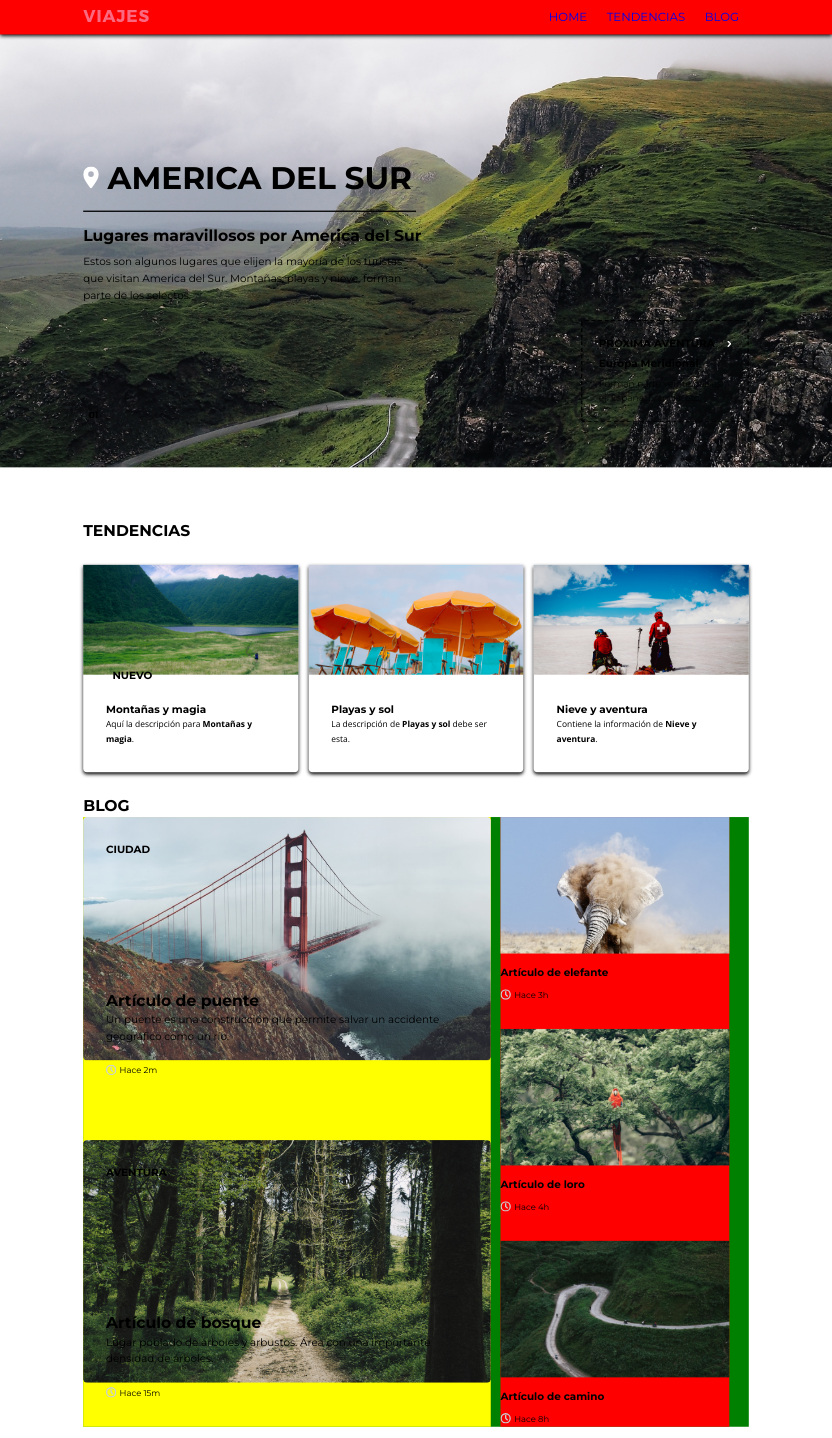
Repository: agustin-mesa/viajes
Page: /
The author's editor kept a copy of each file at every save. The page is drawn from the files as they stood at one save, then again after the next save.
The browser window is 1280 px wide. The pictures show the whole page, at 65% of full size.
The project was rebuilt for these pictures with package versions that can differ from the ones it lists, and the page was loaded fresh each time. Also part of the build but not shown: src/components/styles/colors.module.scss.

Above is the page before, as saved 2021-11-12 13:10:23.

### public/index.html
<!DOCTYPE html>
<html lang="es">
  <head>
    <meta name="author" content="Mauro Agustín Mesa" />
    <meta charset="utf-8" />
    <meta name="viewport" content="width=device-width, initial-scale=1" />
    <meta name="theme-color" content="#000000" />
    <meta
      name="description"
      content="Web site created using create-react-app"
    />
    <title>React App</title>
  </head>
  <body>
    <noscript>You need to enable JavaScript to run this app.</noscript>
    <div id="root"></div>
  </body>
</html>

### src/index.js
import React from "react";
import ReactDOM from "react-dom";
import App from "./App";
import "./index.css";

const Index = () => {
  return <App />;
};

ReactDOM.render(<Index />, document.getElementById("root"));

### src/App.js
import React from "react";
import Header from "./components/Header";
import Home from "./pages/Home";
import Tendencias from "./pages/Tendencias";
import Blog from "./pages/Blog";

const App = () => {
  return (
    <>
      <Header />
      <Home />
      <Tendencias />
      <Blog />
    </>
  );
};

export default App;

### src/index.css
@import url("https://fonts.googleapis.com/css2?family=Montserrat:wght@100;200;300;400;500;600;700&display=swap");
@import url("https://fonts.googleapis.com/css2?family=Montserrat:wght@100;200;300;400;500;600;700&family=Open+Sans:wght@400;500;600;700&display=swap");

* {
  margin: 0;
  padding: 0;
  list-style: none;
  text-decoration: none;
  border: none;
  outline: none;
  scroll-behavior: smooth;
}

body {
  margin: 0;
  -webkit-font-smoothing: antialiased;
  -moz-osx-font-smoothing: grayscale;
  font-family: "Montserrat", "Open Sans", sans-serif;
}

code {
  font-family: source-code-pro, Menlo, Monaco, Consolas, "Courier New",
    monospace;
}

### src/components/Header.js
import React from "react";
import styled from "styled-components";

// Colors
import * as colors from "./styles/colors.module.scss";

// LOGO
import logo from "../Assets/logo/logo_01.svg";

const Header = () => {
  return (
    <ContainerHeader>
      <nav>
        <div className="header__logo">
          <a href="#home">
            <img src={logo} alt="Viajes" />
          </a>
        </div>
        <ul>
          <li>
            <a href="#home">HOME</a>
          </li>
          <li>
            <a href="#tendencias">TENDENCIAS</a>
          </li>
          <li>
            <a href="#blog">BLOG</a>
          </li>
        </ul>
      </nav>
    </ContainerHeader>
  );
};

const ContainerHeader = styled.header`
  position: fixed;
  top: 0;
  left: 0;
  right: 0;
  z-index: 999;
  background: red;
  background: ${colors.white};
  box-shadow: 0px 3px 6px ${colors.blackOpac};
  nav {
    display: flex;
    flex-direction: row;
    justify-content: space-between;
    align-items: center;
    padding: 15px 10%;
    ul {
      display: flex;
      flex-direction: row;
      justify-content: flex-end;
      align-items: center;
      width: 100%;
      li a {
        padding: 15px 15px;
        font: normal normal normal 18px/13px Montserrat;
        color: ${colors.blueRelax};
        transition: all 0.2s ease;
      }
      li a:hover {
        color: ${colors.darkblue};
      }
    }
  }
`;

export default Header;

### src/pages/Home.js
import React from "react";
import styled from "styled-components";

import * as colors from "../components/styles/colors.module.scss";

// IMG
import viajesHero from "../Assets/img/Viajes_Hero.jpg";
import icPin from "../Assets/iconos/ic_pin.svg";
import icArrow from "../Assets/iconos/arrow.svg";

// Importo etiquetas default con estilos propios
import { Parrafo, Span, H3, H5 } from "../components/styles/stylesDefault";

const Home = () => {
  return (
    <ContainerHome id="home">
      <HeroWrapper>
        <div className="hero__title">
          <h1>
            <img src={icPin} alt="Pin" /> AMERICA DEL SUR
          </h1>
          <hr />
          <H3 color="white">Lugares maravillosos por America del Sur</H3>
          <Parrafo>
            Estos son algunos lugares que elijen la mayoría de los turistas que
            visitan America del Sur. Montañas, playas y nieve, forman parte de
            los selectos.
          </Parrafo>
        </div>
        <div className="hero__info">
          <H5>
            PRÓXIMA AVENTURA <img src={icArrow} alt="Arrow" />
          </H5>
          <Span color="white">Europa Meridional</Span>
          <p>
            Forman parte veinte países. <br />
            ej. España, Francia, etc.
          </p>
        </div>
      </HeroWrapper>
      <div className="slider">
        <span>01</span>
      </div>
    </ContainerHome>
  );
};

const ContainerHome = styled.div`
  width: 100%;
  height: 100vh;
  background-image: url(${viajesHero});
  background-size: cover;
  background-position: center;

  .slider {
    position: absolute;
    width: 13%;
    bottom: 60px;
    display: flex;
    align-items: center;
    justify-content: flex-end;
    z-index: 1;
    span {
      display: flex;
      align-items: center;
      justify-content: center;
      width: 45px;
      height: 45px;
      background: ${colors.white};
      border-radius: 50px;
      font: normal normal bold 14px/22px Montserrat;
    }
    span::after {
      content: "";
      position: absolute;
      width: 70px;
      height: 70px;
      background: ${colors.whiteOpac};
      border-radius: 50px;
      z-index: -2;
    }
    span::before {
      content: "";
      position: absolute;
      left: 0;
      width: 100%;
      height: 5px;
      background: ${colors.pink};
      z-index: -1;
    }
  }
`;

const HeroWrapper = styled.div`
  position: absolute;
  top: 0;
  bottom: 0;
  left: 10%;
  right: 10%;
  display: flex;
  align-items: center;
  .hero__title {
    display: flex;
    align-items: flex-start;
    justify-content: center;
    flex-direction: column;
    color: ${colors.white};

    h1 {
      font: normal normal bold 48px/42px Montserrat;
    }
    hr {
      width: 50%;
      border-bottom: 2px solid ${colors.white};
      margin: 30px 0 20px;
    }
  }

  .hero__info {
    position: absolute;
    right: 0;
    bottom: 70px;
    background: ${colors.darkblueOpac} 0% 0% no-repeat padding-box;
    border: 2px dashed ${colors.whiteOpac};
    border-radius: 6px;
    padding: 25px;

    p {
      font: normal normal 300 14px/22px Montserrat;
      color: ${colors.white};
      margin: 10px 0 0;
    }
  }
`;

export default Home;

### src/pages/Tendencias.js
import React from "react";
import styled from "styled-components";

// Colors
import * as colors from "../components/styles/colors.module.scss";

// IMG
import card01 from "../Assets/img/card_01.png";
import card02 from "../Assets/img/card_02.png";
import card03 from "../Assets/img/card_03.png";

// Importo etiquetas default con estilos propios
import { H3 } from "../components/styles/stylesDefault";

// Components
import TendenciaItem from "../components/TendenciaItem";

const Tendencias = () => {
  // Simulo una base de datos para luego imprimir cada CARD.
  // Aunque también se podría hacer manualmente usando el componente
  // TendenciaItem y usar sus props, pero la manera más eficiente es el de
  // simular una base de datos; tranquilamente se muestra cada CARD con tan solo
  // agregar un objeto más dentro del array.
  const tendencias = [
    {
      src: card01,
      isNew: true,
      titulo: "Montañas y magia",
      descripcion: (
        <>
          Aquí la descripción para <b>Montañas y magia</b>.
        </>
      ),
    },
    {
      src: card02,
      isNew: false,
      titulo: "Playas y sol",
      descripcion: (
        <>
          La descripción de <b>Playas y sol</b> debe ser esta.
        </>
      ),
    },
    {
      src: card03,
      isNew: false,
      titulo: "Nieve y aventura",
      descripcion: (
        <>
          Contiene la información de <b>Nieve y aventura</b>.
        </>
      ),
    },
  ];

  return (
    <ContainerTendencias id="tendencias">
      <div className="tendencias">
        <div className="tendencias__header">
          <H3 color="darkblue">TENDENCIAS</H3>
        </div>
        <div className="tendencias__body">
          {tendencias.map((tendencia, i) => {
            return (
              <TendenciaItem
                src={tendencia.src}
                nuevo={tendencia.isNew}
                titulo={tendencia.titulo}
                descripcion={tendencia.descripcion}
                key={i}
              />
            );
          })}
        </div>
      </div>
    </ContainerTendencias>
  );
};

const ContainerTendencias = styled.section`
  height: 90vh;
  padding: 80px 10% 0;
  background: ${colors.grey};

  .tendencias__body {
    display: flex;
    align-items: center;
    margin: 35px 0 0;

    div:last-child {
      margin: 0;
    }
  }
  .tendencias__header {
    width: 100%;
  }
`;

export default Tendencias;

### src/pages/Blog.js
import React from "react";
import styled from "styled-components";

// Colors
import * as colors from "../components/styles/colors.module.scss";

// IMG
import artBig01 from "../Assets/img/articulo_big_01.png";
import artBig02 from "../Assets/img/articulo_big_02.png";
import artSmall01 from "../Assets/img/articulo_small_01.png";
import artSmall02 from "../Assets/img/articulo_small_02.png";
import artSmall03 from "../Assets/img/articulo_small_03.png";

// Importo etiquetas default con estilos propios
import { H3 } from "../components/styles/stylesDefault";

// Components
import BigNewItem from "../components/BigNewItem";
import SmallNewItem from "../components/SmallNewItem";

const Blog = () => {
  const articulosBig = [
    {
      src: artBig01,
      tipo: "CIUDAD",
      titulo: "Artículo de puente",
      descripcion:
        "Un puente es una construcción que permite salvar un accidente geográfico como un río.",
      time: "2m",
    },
    {
      src: artBig02,
      tipo: "AVENTURA",
      titulo: "Artículo de bosque",
      descripcion:
        "Lugar poblado de árboles y arbustos. Área con una importante densidad de árboles.",
      time: "15m",
    },
  ];

  const articulosSmall = [
    {
      src: artSmall01,
      titulo: "Artículo de elefante",
      time: "3h",
    },
    {
      src: artSmall02,
      titulo: "Artículo de loro",
      time: "4h",
    },
    {
      src: artSmall03,
      titulo: "Artículo de camino",
      time: "8h",
    },
  ];

  return (
    <ContainerBlog>
      <div className="blog" id="blog">
        <div className="blog__header">
          <H3 color="darkblue">BLOG</H3>
        </div>
        <div className="blog__body">
          <article className="blog__article">
            {articulosBig.map((articulo, i) => {
              return (
                <BigNewItem
                  src={articulo.src}
                  tipo={articulo.tipo}
                  titulo={articulo.titulo}
                  descripcion={articulo.descripcion}
                  time={articulo.time}
                  key={i}
                />
              );
            })}
          </article>
          <aside className="blog__aside">
            {articulosSmall.map((articulo, i) => {
              return (
                <SmallNewItem
                  src={articulo.src}
                  titulo={articulo.titulo}
                  time={articulo.time}
                  key={i}
                />
              );
            })}
          </aside>
        </div>
      </div>
    </ContainerBlog>
  );
};

const ContainerBlog = styled.section`
  position: relative;
  height: 95vh;
  padding: 80px 10% 0;
  background: ${colors.white};

  .blog {
    position: absolute;
    top: -300px;
    left: 10%;
    right: 10%;
    bottom: 0;
    display: flex;
    align-items: center;
    justify-content: flex-start;
    flex-direction: column;
    padding: 75px 0 50px;
  }
  .blog__body {
    display: grid;
    gap: 15px;
    width: 100%;
    background: green;

    grid-template: ".blog__article .blog__aside" auto / auto;
  }
  .blog__header {
    width: 100%;
  }
  .blog__article {
    /*
    display: flex;
    align-items: center;
    justify-content: flex-start;
    flex-direction: column;*/
    display: grid;
    gap: 15px;
    width: 100%;
    background: green;

    grid-template: "div" auto / auto;
    background: yellow;
    div:first-child {
      margin: 0 0 40px;
    }
  }
  .blog__aside {
    background: red;
    display: flex;
    align-items: center;
    justify-content: flex-start;
    flex-direction: column;
    div:last-child {
      margin: 0;
    }
  }
  /*
  @media only screen and (max-width: 1020px) {
    .blog__body {
      grid-template-areas: ".blog__article" ".blog__aside";
    }
  }*/
`;

export default Blog;

### src/components/styles/stylesDefault.js
import styled from "styled-components";

// Colors
import * as colors from "./colors.module.scss";

const Parrafo = styled.p`
  margin: 10px 0 0;
  font: normal normal normal 16px/26px Montserrat;
  width: 50%;
  color: ${colors.white};
`;

const H3 = styled.h3`
  font: normal normal bold 24px/34px Montserrat;
  color: ${(props) => {
    if (props.color === "white") return colors.white;
    if (props.color === "darkblue") return colors.darkblue;
  }};
`;

const H5 = styled.h5`
  font: normal normal bold 16px/20px Montserrat;
  color: ${colors.pink};
  margin: 0 0 10px;
  img {
    margin: 0 0 0 15px;
  }
`;

const Span = styled.span`
  font: normal normal bold 16px/20px Montserrat;
  color: ${(props) => {
    if (props.color === "white") return colors.white;
    if (props.color === "darkblue") return colors.darkblue;
  }};
`;

export { Parrafo, Span, H3, H5 };

### src/components/TendenciaItem.js
import React from "react";
import styled from "styled-components";

// Colors
import * as colors from "./styles/colors.module.scss";

import { Span } from "./styles/stylesDefault";

const TendenciaItem = ({ src, nuevo, titulo, descripcion }) => {
  return (
    <TenItem>
      <div className="tendencia-item__img">
        <img src={src} alt={titulo} />
      </div>
      <div className="tendencia-item__new">{nuevo && <span>NUEVO</span>}</div>
      <div className="tendencia-item__descrip">
        <Span color="darkblue">{titulo}</Span>
        <p>{descripcion}</p>
      </div>
    </TenItem>
  );
};

const TenItem = styled.div`
  background: ${colors.white} 0% 0% no-repeat padding-box;
  box-shadow: 0px 3px 6px ${colors.blackOpac};
  border-radius: 0 0 6px 6px;
  margin: 0 16px 0 0;
  width: 100%;

  .tendencia-item__img img {
    width: 100%;
  }
  .tendencia-item__new {
    width: 100%;
    position: relative;
    span {
      position: absolute;
      top: -20px;
      left: 35px;
      background: ${colors.pink};
      border-radius: 6px;
      padding: 10px;
      font: normal normal bold 16px/13px Montserrat;
      color: ${colors.white};
    }
  }
  .tendencia-item__descrip {
    padding: 40px 35px;
    p {
      font: normal normal normal 13px/23px Open Sans;
      color: ${colors.greyBlue};
    }
  }
`;

export default TendenciaItem;

### src/components/BigNewItem.js
import React from "react";
import styled from "styled-components";

// Importo etiquetas default con estilos propios
import { Span, H3, Parrafo } from "../components/styles/stylesDefault";
import Time from "./Time";

const BigNewItem = ({ src, tipo, titulo, descripcion, time }) => {
  return (
    <NewItemBig>
      <img className="img__bg" src={src} alt={titulo} />
      <div className="newItem__info">
        <div className="info__header">
          <Span color="white">{tipo}</Span>
        </div>
        <div className="info__body">
          <H3 color="white">{titulo}</H3>
          <Parrafo>{descripcion}</Parrafo>
          <Time time={time} />
        </div>
      </div>
    </NewItemBig>
  );
};

const NewItemBig = styled.div`
  position: relative;
  border-radius: 6px;
  width: 100%;

  .img__bg {
    width: 100%;
    min-width: 500px;
  }
  .newItem__info {
    position: absolute;
    top: 40px;
    left: 35px;
    right: 35px;
    bottom: 40px;
    display: flex;
    flex-direction: column;
    justify-content: space-between;
  }
  .info__body p {
    width: 100%;
    margin: 0 0 25px;
  }
`;

export default BigNewItem;

### src/components/SmallNewItem.js
import React from "react";
import styled from "styled-components";

// Importo etiquetas default con estilos propios
import { Span } from "../components/styles/stylesDefault";

// Components
import Time from "./Time";

const SmallNewItem = ({ src, titulo, time }) => {
  return (
    <NewItemSmall>
      <img className="img__bg" src={src} alt={titulo} />
      <Span className="titulo" color="darkblue">
        {titulo}
      </Span>
      <Time time={time} />
    </NewItemSmall>
  );
};

const NewItemSmall = styled.div`
  display: flex;
  align-items: start;
  justify-content: center;
  flex-direction: column;
  margin: 0 0 40px;
  span.titulo {
    margin: 20px 0 10px;
  }
  .img__bg {
    width: 100%;
    min-width: 300px;
  }
`;

export default SmallNewItem;

### src/components/Time.js
import React from "react";
import styled from "styled-components";

// Colors
import * as colors from "./styles/colors.module.scss";

// IMG
import icTime from "../Assets/iconos/time.svg";

const Time = ({ time }) => {
  return (
    <Timer>
      <img src={icTime} alt="Time" /> Hace {time}
    </Timer>
  );
};

const Timer = styled.span`
  display: flex;
  align-items: center;
  font: normal normal normal 13px/26px Montserrat;
  color: ${colors.blueRelax};
  img {
    margin: 0 5px 0 0;
  }
`;
export default Time;

After the next save:
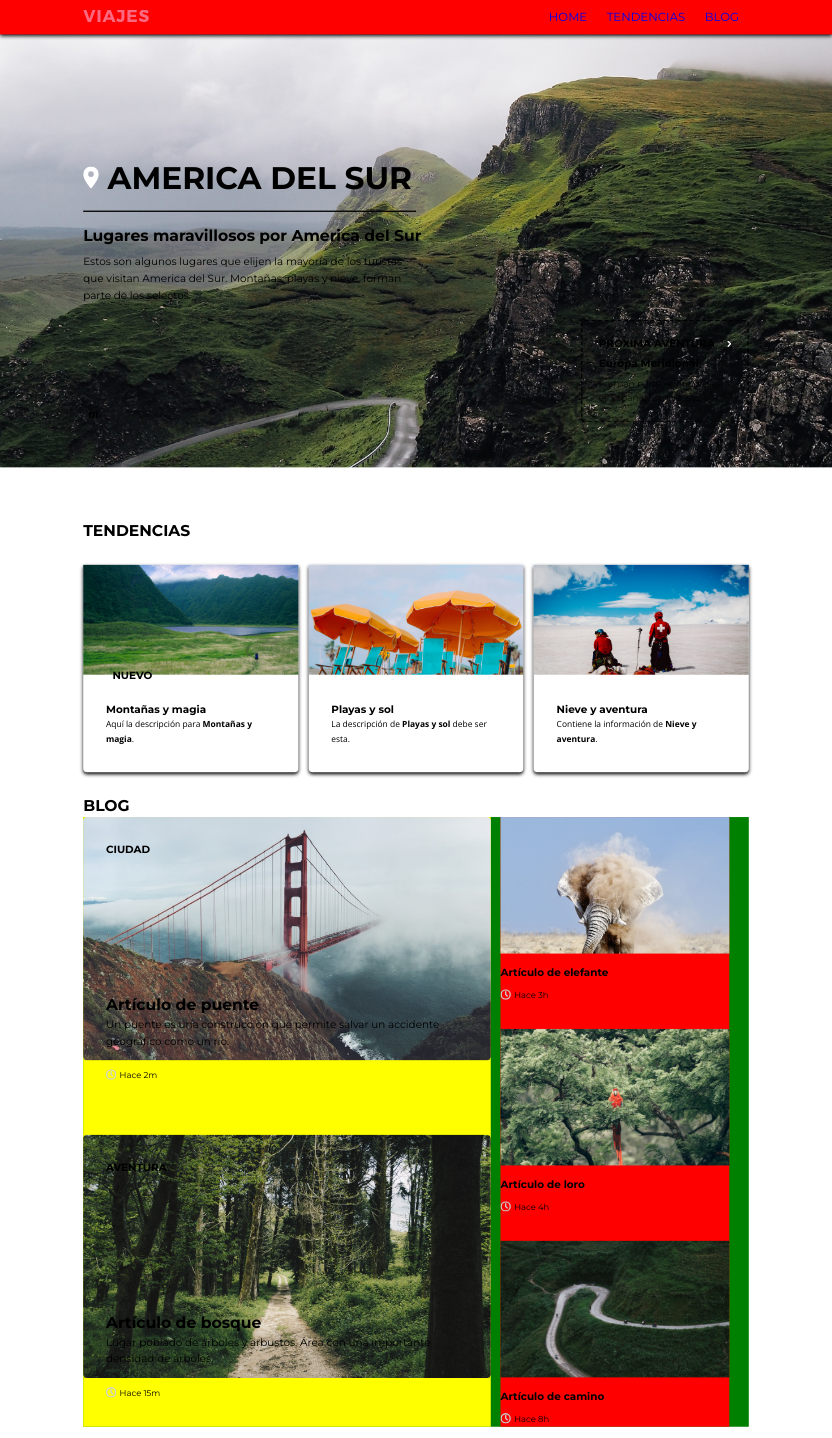
Saved 5 s later.
--- a/src/pages/Blog.js
+++ b/src/pages/Blog.js
@@ -131,11 +131,10 @@ const ContainerBlog = styled.section`
     justify-content: flex-start;
     flex-direction: column;*/
     display: grid;
-    gap: 15px;
     width: 100%;
     background: green;
+    grid-template: "div" auto / auto;
 
-    grid-template: "div" auto / auto;
     background: yellow;
     div:first-child {
       margin: 0 0 40px;
